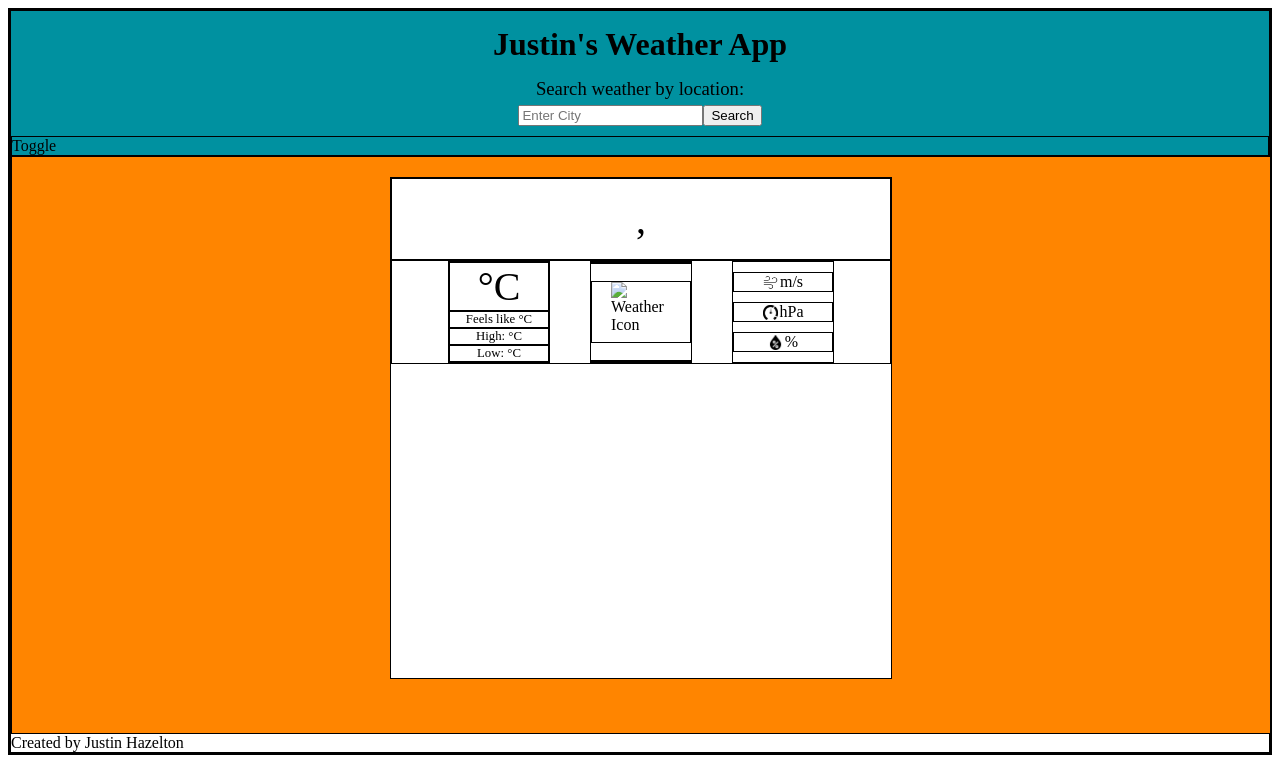
Repository: J-Haze/Weather
Page: /
These files come from the project's save history. The page is drawn as it stood at one moment and after the next save; the edit follows.
The browser window is 1280 px wide. The pictures show the whole page.
The project was rebuilt for these pictures with package versions that can differ from the ones it lists, and the page was loaded fresh each time. Also part of the build but not shown: src/index.css.

Above is the page before, as saved 2020-09-06 22:19:50.

### public/index.html
<!DOCTYPE html>
<html lang="en">
  <head>
    <meta charset="utf-8" />
    <link rel="icon" href="%PUBLIC_URL%/favicon.ico" />
    <meta name="viewport" content="width=device-width, initial-scale=1" />
    <meta name="theme-color" content="#000000" />
    <meta
      name="description"
      content="Web site created using create-react-app"
    />
    <link rel="apple-touch-icon" href="%PUBLIC_URL%/logo192.png" />
    <!--
      manifest.json provides metadata used when your web app is installed on a
      user's mobile device or desktop. See https://developers.google.com/web/fundamentals/web-app-manifest/
    -->
    <link rel="manifest" href="%PUBLIC_URL%/manifest.json" />
    <!--
      Notice the use of %PUBLIC_URL% in the tags above.
      It will be replaced with the URL of the `public` folder during the build.
      Only files inside the `public` folder can be referenced from the HTML.

      Unlike "/favicon.ico" or "favicon.ico", "%PUBLIC_URL%/favicon.ico" will
      work correctly both with client-side routing and a non-root public URL.
      Learn how to configure a non-root public URL by running `npm run build`.
    -->
    <title>Weather App ⛅</title>
  </head>
  <body>
    <noscript>You need to enable JavaScript to run this app.</noscript>
    <div id="root"></div>
    <!--
      This HTML file is a template.
      If you open it directly in the browser, you will see an empty page.

      You can add webfonts, meta tags, or analytics to this file.
      The build step will place the bundled scripts into the <body> tag.

      To begin the development, run `npm start` or `yarn start`.
      To create a production bundle, use `npm run build` or `yarn build`.
    -->
  </body>
</html>

### src/App.js
import React from "react";
import "./App.css";
import Weather from "./components/Weather"


// import Results from "./components/Results"

function App() {
  return (
    <div className="App" >
      <Weather />
    </div >
  )

}

export default App;

### src/App.css
:root{
    --light-blue: rgb(0,145,160);
    --orange: rgb(255, 133, 0);
    --dark-blue: rgb(0, 39, 96);
}

div {
    border: solid black 1px;
}

/* #root{
        width: 100%;
        height: 100%;
        bottom: 0px;
}

#app{
        width: 100%;
        height: 100%;
        bottom: 0px;
} */

header{
    background-color: var(--light-blue);
    display: flex;
    flex-direction: column;
    margin-left: auto;
    margin-right: auto;
    justify-content: center;
}

#title{
    display: flex;
    margin-left: auto;
    margin-right: auto;
    justify-content: center;
    /* align-items: center; */
    font-size: 2em;
    margin-top: 15px;
    margin-bottom: 15px;
    font-weight: bold;

    border: none;
}

#subtitle{
    display: flex;
    justify-content: center;
     align-items: center;
     margin-top: none;
     margin-bottom: 5px;;
    font-size: 1.17em;

    border: none;
}

#form{
    display: flex;
    margin-bottom: 10px;
}

#search-box{
    display: flex;
        margin-left: auto;
    justify-content: center;
     align-items: center;

}

#search-button{
    margin-right: auto;

      position: relative;
  /* width: 30px; */
  /* height: 30px;
  line-height: 30px; */
  color: black;
  /* flex-shrink: 0; */
}

#fa-search-location{
    display: flex;
    height: 100%;
    width: 100%;
    color: black;
}

#results-section{
    background-color: var(--orange);
    width: 100%;
    margin-top: 0px;
    height: 100%;
    min-height: 80vh;
}



#results-card{
    background-color: white;
    width: 500px;
    height: 500px;
    margin-top: 20px;
    margin-left: auto;
    margin-right: auto;
}

.location{
    display: flex;
    margin-left: auto;
    margin-right: auto;
    justify-content: center;
     align-items: center;
     height: 80px;
     font-size: 2.5em;
}

.row{
    display: flex;
}

.temp-container{
    margin-left: auto;
    width: 100px;
}

.weather-container{
    display: flex;
    flex-direction: column;
    margin-left: 40px;
    margin-right: 40px;
    width: 100px;
}

.other-container{
    margin-right: auto;
    width: 100px;
}

.temp-main{
    display: flex;
    font-size: 2.5em;
    justify-content: center;
    align-items: center;
}

.temp{
        display: flex;
    font-size: .8em;
    justify-content: center;
    align-items: center;
}

.mid{
    display: flex;
    justify-content: center;
    align-items: center;
}

.weather{
    margin-top: 0px;
    margin-bottom: auto;
    font-weight: bold;
    font-size: 1.2em;
}

.icon{
    height: 60px;
    width: 60px;
    margin-top: auto;
    margin-bottom: auto;
}

.description{
    margin-top: auto;
    margin-bottom: 0px;
}

.windy{
    height: 15px;
    width: 15px;
    margin-right: 2px;
}

.other{
    display: flex;
    justify-content: center;
    align-items: center;
    margin-top: 10px;
    margin-bottom: auto;
}

### src/components/Weather.js
import React from 'react';
// import getWeather from "./getWeather";
import { useState, useEffect } from 'react';
import "../App.css";
// import { getIconClass, makeDate } from '../Helpers';
import '../../node_modules/font-awesome/css/font-awesome.min.css';


//Weather Icons
import sun from '../assets/icons/01n.png'
import cloud from '../assets/icons/02n.png'
import scatteredCloud from '../assets/icons/03n.png'
import brokenCloud from '../assets/icons/04n.png'
import rain from '../assets/icons/09n.png'
import heavyRain from '../assets/icons/10n.png'
import thunderstorm from '../assets/icons/11n.png'
import snow from '../assets/icons/13n.png'
import mist from '../assets/icons/50n.png'
import windy from '../assets/icons/wind.png'
import pressIcon from '../assets/icons/pressure.png'
import humidIcon from '../assets/icons/humidity.png'


const Weather = () => {

    let [error, setError] = useState(false);
    let [loading, setLoading] = useState(false);
    let [errorMessage, setErrorMessage] = useState("");

    let [location, setLocation] = useState("");
    const [data, setData] = useState(null);
    const [url, setUrl] = useState("")

    const [city, setCity] = useState("");
    const [country, setCountry] = useState("");
    const [weather, setWeather] = useState("");
    const [description, setDescription] = useState("");
    const [icon, setIcon] = useState("");
    const [pressure, setPressure] = useState("");
    const [humidity, setHumidity] = useState("");
    const [wind, setWind] = useState("");

    const [temp, setTemp] = useState("");
    const [max, setMax] = useState("");
    const [min, setMin] = useState("");
    const [feel, setFeel] = useState("");

    // const[unit, setUnit] = useState("imperial")

    // const [searched, setSearched] = useState("false")

    //to keep API hidden:
    //const API_KEY = process.env.REACT_APP_API_KEY;
    const API_KEY = process.env.REACT_APP_API_KEY;
    // let unit = "imperial";
    let unit = "metric";

    const handleChange = (event) => {
        event.preventDefault();
        setLocation(event.target.value);
        console.log("event.target.value:", event.target.value)
    };

    const handleSubmit = (event) => {
        event.preventDefault();
        let urlInput = `https://api.openweathermap.org/data/2.5/weather?q=${location}&units=${unit}&appid=${API_KEY}`
        setUrl(urlInput)
    };

    useEffect(() => {
        if (!url) return;
        console.log("url:", url)
        const fetchWeather = async () => {
            setLoading(true);
            setError(false);
            try {
                const response = await fetch(url);
                const data = await response.json();
                console.log()
                if (data.cod !== 200) throw new Error(`${data.cod}: ${data.message}`);
                setData(data);
                setCity(data.name);
                setCountry(data.sys.country)
                // date: makeDate(),
                setWeather(data.weather[0].main);
                setDescription(data.weather[0].description);
                setIcon(data.weather[0].icon)
                //^^ get picture based on what the icon is
                setPressure(data.main.pressure);
                setHumidity(data.main.humidity);
                setWind(Math.round(data.wind.speed));
                setTemp(Math.round(data.main.temp));
                setMax(Math.round(data.main['temp_max']));
                setMin(Math.round(data.main['temp_min']));
                setFeel(Math.round(data.main['feels_like']));
            } catch (error) {
                setError(true);
                setErrorMessage(error.message);
                console.log(error);
            }
        };
        setLoading(false);
        fetchWeather();
    },
        [url]
    );

    const weatherIcons = {
        '01n': sun,
        '02n': cloud,
        '03n': scatteredCloud,
        '04n': brokenCloud,
        '09n': rain,
        '10n': heavyRain,
        '11n': thunderstorm,
        '13n': snow,
        '50n': mist,
        '200': windy,
        '300': pressIcon,
        '400': humidIcon
    };

    console.log(Math.round(295.28))
    // function toCelsius(fahrenheit) {
    //     return (fahrenheit - 32) * 5 / 9;
    // }

    // function toFahrenheit(celsius) {
    //     return (celsius * 9 / 5) + 32;
    // }


    console.log(error, loading, errorMessage, data)

    return (
        <div id="app">
            <header id="header">
                <div id="title" >Justin's Weather App</div>
                <div id="subtitle"> Search weather by location:</div>
                <form onSubmit={handleSubmit} id="form">
                    <input
                        type="text"
                        name="location"
                        placeholder="Enter City"
                        maxLength="50"
                        value={location || ""}
                        onChange={handleChange}
                        id="search-box"
                    />
                    <button type="submit" id="search-button">
                        <i className="fas fa-search-location"></i>
                        Search
                    </button>
                </form>
                <div> Toggle </div>
            </header>
            <div id="results-section">
                <div id="results-card">
                    <div className="location">
                        {`${city}, ${country}`}
                    </div>

                    <div className="row">
                        <div className="temp-container">
                            <div className="temp-main">{temp}&#176;{unit == "imperial" ? 'F' : 'C'}</div>
                            <div className="feel temp">Feels like {feel}&#176;{unit == "imperial" ? 'F' : 'C'}</div>
                            <div className="max temp">High: {max}&#176;{unit == "imperial" ? 'F' : 'C'}</div>
                            <div className="min temp">Low: {min}&#176;{unit == "imperial" ? 'F' : 'C'}</div>

                        </div>

                        <div className="weather-container">
                            <div className="weather mid">{weather} </div>
                            <div className="mid"><img src={weatherIcons[icon]} className="icon" alt="Weather Icon" /></div>
                            <div className="description mid">{description}</div>
                        </div>

                        <div className="other-container">
                            <div className="wind other"><img src={weatherIcons['200']} className="windy" alt="Wind Icon" />{wind} {unit == "imperial" ? 'mph' : 'm/s'}</div>
                            <div className="pressure other">
                                <img src={weatherIcons['300']} className="windy" alt="Wind Icon" /> {`${pressure} hPa`}
                            </div>
                            <div className="humidity other">
                                <img src={weatherIcons['400']} className="windy" alt="Wind Icon" /> {humidity} %</div>
                        </div>
                    </div>
                </div>
            </div>
            <footer>
                Created by Justin Hazelton
            </footer>
        </div>
    )

}

export default Weather

Loaded but not shown: src/index.js (common file); src/serviceWorker.js (common file)

After the next save:
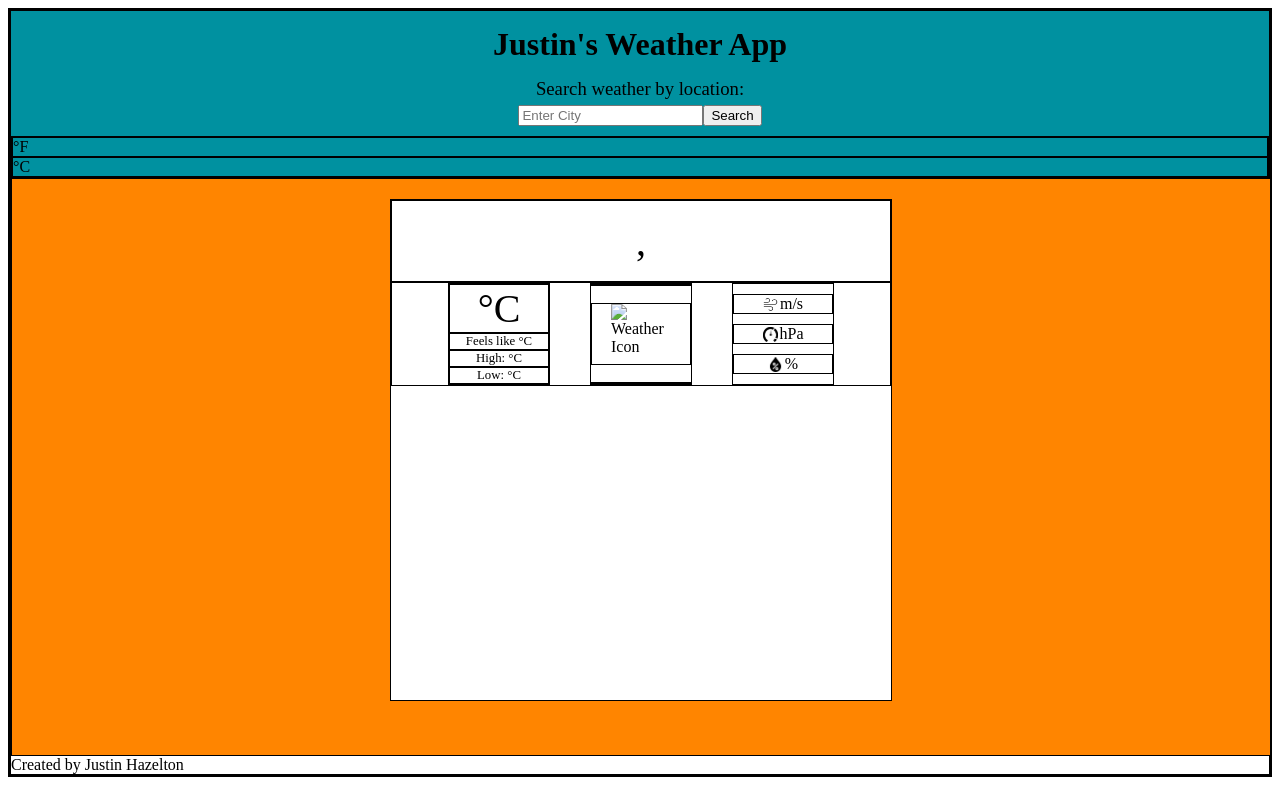
Saved 5 min 19 s later.
--- a/src/components/Weather.js
+++ b/src/components/Weather.js
@@ -152,7 +152,18 @@ const Weather = () => {
                         Search
                     </button>
                 </form>
-                <div> Toggle </div>
+                <div className="toggle">
+                    {unit === "imperial" ? (
+                        <div className="toggleBtn imperial imperialSelected">&#176;F</div>
+                    ) : (
+                            <div className="toggleBtn imperial">&#176;F</div>
+                        )}
+                    {unit === "metric" ? (
+                        <div className="toggleBtn metric metricSelected">&#176;C</div>
+                    ) : (
+                            <div className="toggleBtn metric">&#176;C</div>
+                        )}
+                </div>
             </header>
             <div id="results-section">
                 <div id="results-card">
